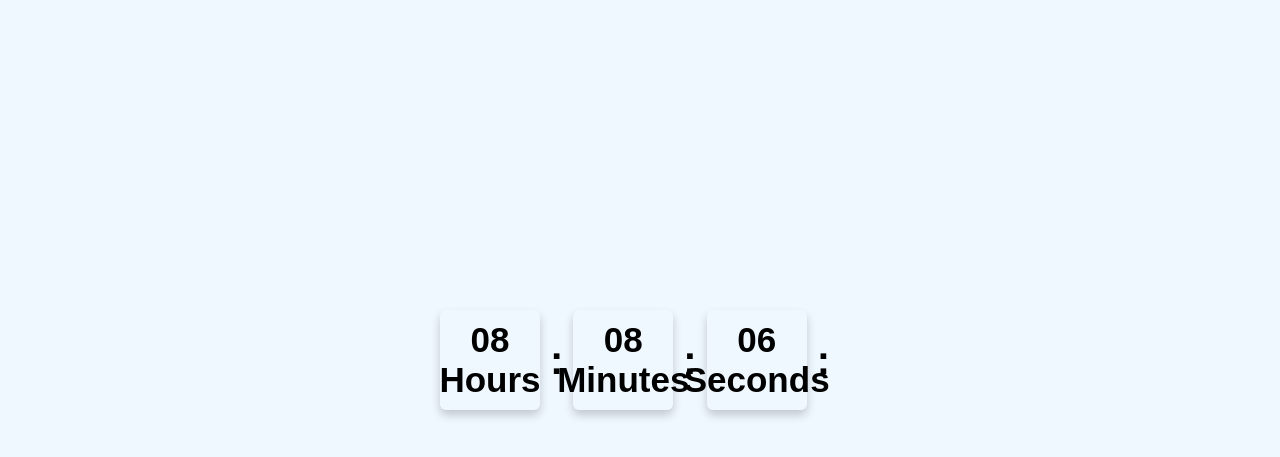
Repository: HueVu99/ComPonents
Page: Dynamic Digital Clock/index.html
These files come from the project's save history. The page is drawn as it stood at one moment and after a run of saves; the edit follows.
The browser window is 1280 px wide. The pictures show the whole page.

Above is the page before, as saved 2022-07-08 16:36:47.

### Dynamic Digital Clock/index.html
<!DOCTYPE html>
<html lang="en">
<head>
    <meta charset="UTF-8">
    <meta http-equiv="X-UA-Compatible" content="IE=edge">
    <meta name="viewport" content="width=device-width, initial-scale=1.0">
    <title>Document</title>
    <link rel="stylesheet" href="style.css">
    <link rel="stylesheet" href="https://cdnjs.cloudflare.com/ajax/libs/jquery/3.6.0/jquery.min.js">
</head>
<body>
    <section>
        <div class="container">
            <div class="time">
              <div class="time-colon">
                <div class="time-text">
                    <span class="num hour_num"> 08</span>
                    <span class="text">Hours</span>
                </div>
                <span class="colon">:</span>
               </div>
            <div class="time-colon">
                <div class="time-text">
                    <span class="num min_num"> 08</span>
                    <span class="text">Minutes</span>
                </div>
                <span class="colon">:</span>
            </div>
            <div class="time-colon">
                <div class="time-text">
                    <span class="num sec_num"> 06</span>
                    <span class="text">Seconds</span>
                </div>
                <span class="colon">:</span>
                 </div>
            </div>
        </div>
    </section>
    <script src="main.js"></script>
</body>
</html>

### Dynamic Digital Clock/style.css
@import url('https://fonts.googleapis.com/css2?family=Poppins:wght@200&display=swap');
*{
    margin: 0;
    padding: 0;
    box-sizing:border-box;
    font-family:"Orbitron",sans-serif;

}
section{
    min-height: 100vh;
    width: 100%;
    display: flex;
    align-items: center;
    justify-content: center;
    background: #F0F8FF;
}
section.container{
    display: flex;
    align-items: center;
    justify-content: center;
    height: 220px;
    max-width: 550px;
    width: 100%;
    background: #fff;
    box-shadow: 0 5px 10px rgba(0 , 0 , 0, 0.2);
    border-radius: 12px;
}
section .container .time{
    display: flex;
    align-items: center;
}
.container .time .time-colon{
    display: flex;
    align-items: center;
}
.time .time-colon .time-text{
    width: 100px;
    height: 100px;
    display: flex;
    align-items: center;
    flex-direction: column;
    justify-content: center;
    background: #F0F8FF;
    border-radius: 6px;
    box-shadow: 0 5px 10px rgba(0 , 0, 0, 0.2);
}
.time .time-colon .time-text,
.time .time-colon .colon{
    font-size:35px;
    font-weight: 600;
}
.time .time-colon .colon{
    font-size: 40px;
    margin: 0 10px;
}

Loaded but not shown: Dynamic Digital Clock/main.js (no copy from this time; the picture is the same without it)

After the next 2 saves:
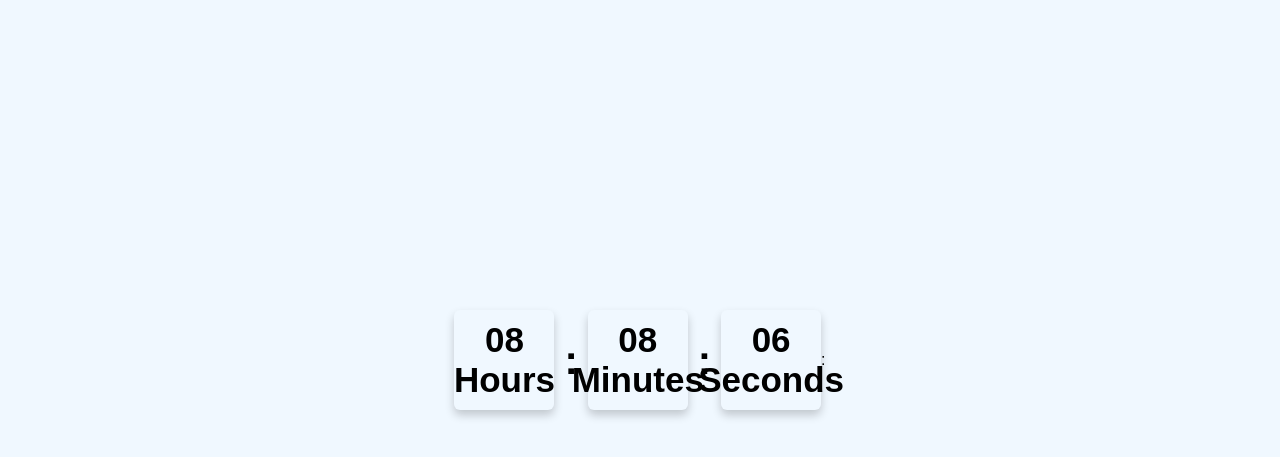
The 2 saves are shown as one change because they came seconds apart.
The last was saved 68 s later.
--- a/Dynamic Digital Clock/index.html
+++ b/Dynamic Digital Clock/index.html
@@ -31,7 +31,7 @@
                     <span class="num sec_num"> 06</span>
                     <span class="text">Seconds</span>
                 </div>
-                <span class="colon">:</span>
+                <span class="am_pm">:</span>
                  </div>
             </div>
         </div>
